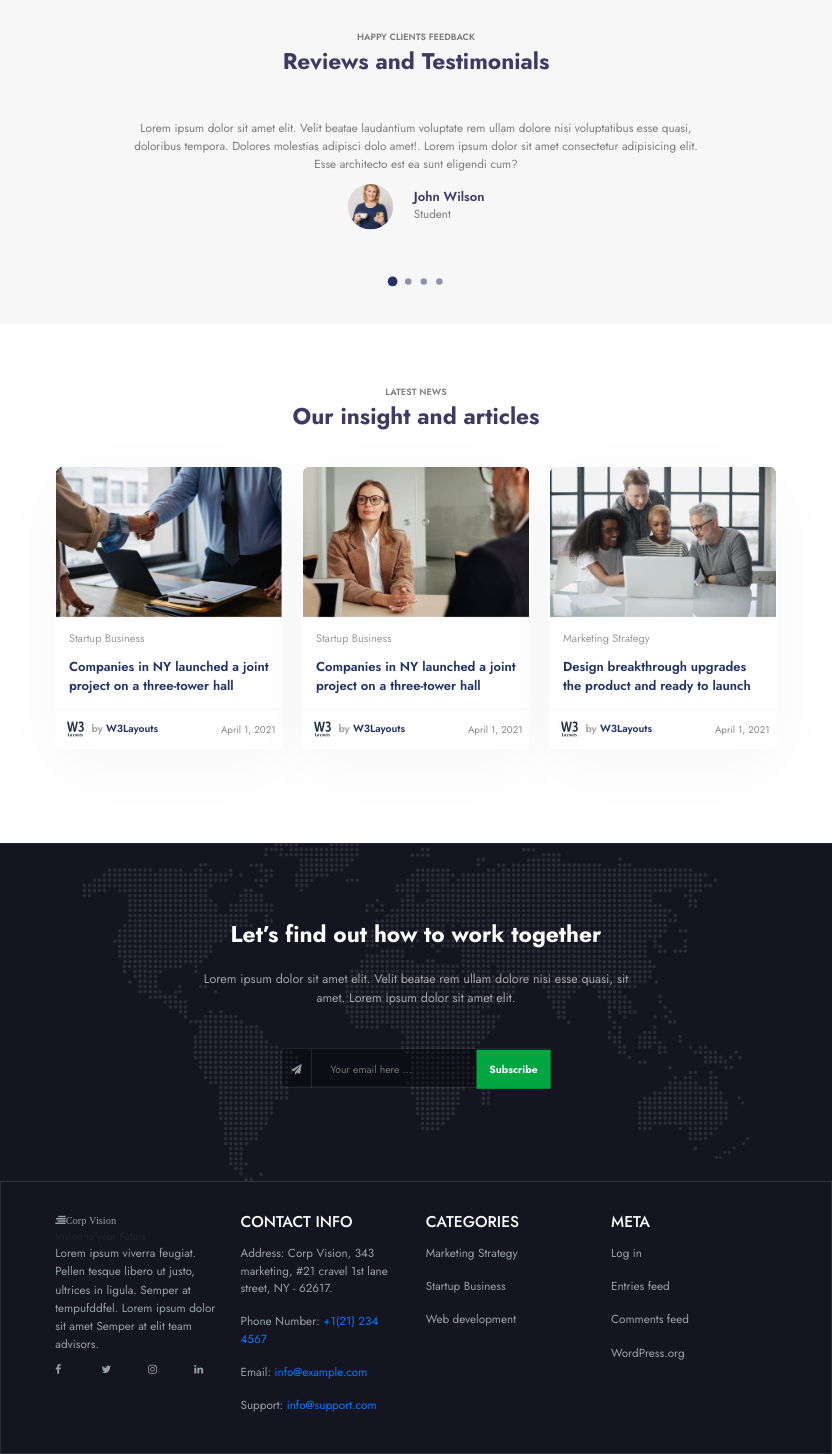
Repository: khaipnp/corpvision
Page: index.html
The author's editor kept a copy of each file at every save. The page is drawn from the files as they stood at one save, then again after the next save.
The browser window is 1280 px wide. The pictures show the whole page, at 65% of full size.

Above is the page before, as saved 2021-07-04 13:07:36.

### index.html
<!DOCTYPE html>
<html lang="en">
  <head>
    <meta charset="UTF-8" />
    <meta http-equiv="X-UA-Compatible" content="IE=edge" />
    <meta name="viewport" content="width=device-width, initial-scale=1.0" />
    <title>Corpvision</title>
    <meta name="description" content="Corpvision Website" />
    <!-- FONT-GOOGLE -->
    <link rel="preconnect" href="https://fonts.gstatic.com" />
    <link
      href="https://fonts.googleapis.com/css2?family=Jost:ital,wght@0,100;0,200;0,300;0,400;0,500;0,600;0,700;0,800;0,900;1,400&display=swap"
      rel="stylesheet"
    />
    <!-- FONT-AWSOME -->
    <link
      rel="stylesheet"
      href="https://cdnjs.cloudflare.com/ajax/libs/font-awesome/5.15.3/css/all.min.css"
      integrity="sha512-iBBXm8fW90+nuLcSKlbmrPcLa0OT92xO1BIsZ+ywDWZCvqsWgccV3gFoRBv0z+8dLJgyAHIhR35VZc2oM/gI1w=="
      crossorigin="anonymous"
      referrerpolicy="no-referrer"
    />
    <link rel="stylesheet" href="./css/font-awesome.min.css" />
    <!-- OWL CAROUSEL -->
    <link
      rel="stylesheet"
      href="https://cdnjs.cloudflare.com/ajax/libs/OwlCarousel2/2.3.4/assets/owl.carousel.min.css"
      integrity="sha512-tS3S5qG0BlhnQROyJXvNjeEM4UpMXHrQfTGmbQ1gKmelCxlSEBUaxhRBj/EFTzpbP4RVSrpEikbmdJobCvhE3g=="
      crossorigin="anonymous"
      referrerpolicy="no-referrer"
    />
    <link
      rel="stylesheet"
      href="https://cdnjs.cloudflare.com/ajax/libs/OwlCarousel2/2.3.4/assets/owl.theme.default.css"
      integrity="sha512-OTcub78R3msOCtY3Tc6FzeDJ8N9qvQn1Ph49ou13xgA9VsH9+LRxoFU6EqLhW4+PKRfU+/HReXmSZXHEkpYoOA=="
      crossorigin="anonymous"
      referrerpolicy="no-referrer"
    />
    <!-- BOOTSTRAP -->
    <link
      rel="stylesheet"
      href="https://cdn.jsdelivr.net/npm/bootstrap@4.6.0/dist/css/bootstrap.min.css"
      integrity="sha384-B0vP5xmATw1+K9KRQjQERJvTumQW0nPEzvF6L/Z6nronJ3oUOFUFpCjEUQouq2+l"
      crossorigin="anonymous"
    />
    <!-- MAIN CSS -->
    <link rel="stylesheet" href="./css/main.css" />
  </head>
  <body>
    <header></header>
    <section class="feedback">
      <div class="feedback__content py-5">
        <div class="container">
          <h5 class="small-title col-12 text-center">Happy clients Feedback</h5>
          <h3 class="big-title col-12 text-center">Reviews and Testimonials</h3>
          <div class="testimonials owl-carousel owl-theme">
            <div class="testimonials__item">
              <p class="text-center col-12">
                Lorem ipsum dolor sit amet elit. Velit beatae laudantium
                voluptate rem ullam dolore nisi voluptatibus esse quasi,
                doloribus tempora. Dolores molestias adipisci dolo amet!. Lorem
                ipsum dolor sit amet consectetur adipisicing elit. Esse
                architecto est ea sunt eligendi cum?
              </p>
              <div
                class="
                  testimonials__desc
                  row
                  align-items-center
                  justify-content-center
                "
              >
                <div class="avatar mr-3">
                  <img src="./img/team1.jpg" alt="team 1" />
                </div>
                <div class="name ml-3">
                  <h3>John Wilson</h3>
                  <p>Student</p>
                </div>
              </div>
            </div>
            <div class="testimonials__item">
              <p class="text-center col-12">
                Lorem ipsum dolor sit amet elit. Velit beatae laudantium
                voluptate rem ullam dolore nisi voluptatibus esse quasi,
                doloribus tempora. Dolores molestias adipisci dolo amet!. Lorem
                ipsum dolor sit amet consectetur adipisicing elit. Esse
                architecto est ea sunt eligendi cum?
              </p>
              <div
                class="
                  testimonials__desc
                  row
                  align-items-center
                  justify-content-center
                "
              >
                <div class="avatar mr-3">
                  <img src="./img/team2.jpg" alt="team 2" />
                </div>
                <div class="name ml-3">
                  <h3>Julia Sakura</h3>
                  <p>Student</p>
                </div>
              </div>
            </div>
            <div class="testimonials__item">
              <p class="text-center col-12">
                Lorem ipsum dolor sit amet elit. Velit beatae laudantium
                voluptate rem ullam dolore nisi voluptatibus esse quasi,
                doloribus tempora. Dolores molestias adipisci dolo amet!. Lorem
                ipsum dolor sit amet consectetur adipisicing elit. Esse
                architecto est ea sunt eligendi cum?
              </p>
              <div
                class="
                  testimonials__desc
                  row
                  align-items-center
                  justify-content-center
                "
              >
                <div class="avatar mr-3">
                  <img src="./img/team3.jpg" alt="team 3" />
                </div>
                <div class="name ml-3">
                  <h3>Roy Linderson</h3>
                  <p>Student</p>
                </div>
              </div>
            </div>
            <div class="testimonials__item">
              <p class="text-center col-12">
                Lorem ipsum dolor sit amet elit. Velit beatae laudantium
                voluptate rem ullam dolore nisi voluptatibus esse quasi,
                doloribus tempora. Dolores molestias adipisci dolo amet!. Lorem
                ipsum dolor sit amet consectetur adipisicing elit. Esse
                architecto est ea sunt eligendi cum?
              </p>
              <div
                class="
                  testimonials__desc
                  row
                  align-items-center
                  justify-content-center
                "
              >
                <div class="avatar mr-3">
                  <img src="./img/team4.jpg" alt="team 4" />
                </div>
                <div class="name ml-3">
                  <h3>Smith Johnson</h3>
                  <p>Student</p>
                </div>
              </div>
            </div>
          </div>
        </div>
      </div>
    </section>
    <section class="news py-5">
      <div class="news__content py-5">
        <div class="container">
          <h5 class="small-title col-12 text-center">LATEST NEWS</h5>
          <h3 class="big-title col-12 text-center">Our insight and articles</h3>
          <div class="row py-5">
            <div class="news__item col-md-6 col-lg-4">
              <div class="news__card">
                <div class="card__thumbnail p-0 position-relative">
                  <img src="./img/blog1.jpg" alt="blog 1" />
                </div>
                <div class="card__content">
                  <p>Startup Business</p>
                  <a href="#">Companies in NY launched a joint project on a three-tower
                    hall</a>
                </div>
                <div class="card__footer">
                  <span><img src="./img/icon.jpeg" alt="" /> by <a href="#">W3Layouts</a></span>
                  <p>April 1, 2021</p>
                </div>
              </div>
            </div>
            <div class="news__item col-md-6 col-lg-4">
              <div class="news__card">
                <div class="card__thumbnail p-0 position-relative">
                  <img src="./img/blog2.jpg" alt="blog 1" />
                </div>
                <div class="card__content">
                  <p>Startup Business</p>
                  <a href="#">Companies in NY launched a joint project on a three-tower
                    hall</a>
                </div>
                <div class="card__footer">
                  <span><img src="./img/icon.jpeg" alt="" /> by <a href="#">W3Layouts</a></span>
                  <p>April 1, 2021</p>
                </div>
              </div>
            </div>
            <div class="news__item col-md-6 col-lg-4">
              <div class="news__card">
                <div class="card__thumbnail p-0 position-relative">
                  <img src="./img/blog3.jpg" alt="blog 1" />
                </div>
                <div class="card__content">
                  <p>Marketing Strategy</p>
                  <a href="#">Design breakthrough upgrades the product and ready to launch</a>
                </div>
                <div class="card__footer">
                  <span><img src="./img/icon.jpeg" alt="" /> by <a href="#">W3Layouts</a></span>
                  <p>April 1, 2021</p>
                </div>
              </div>
            </div>
          </div>
        </div>
      </div>
    </section>
    <div class="subscribe py-5">
      <div class="container">
        <div class="sub__box my-5 mx-auto align-items-center justify-content-center">
          <h3 class="big-title py-4 col-12 text-center">Let’s find out how to work together<h3>
          <p class="col-12 text-center">Lorem ipsum dolor sit amet elit. Velit beatae rem ullam dolore nisi esse quasi, sit amet. Lorem ipsum dolor sit amet elit.</p>
          <div class="input__email justify-content-center py-5">
            <form>
              <i class="fa fa-paper-plane"></i>
              <input type="email" placeholder="Your email here ...">
              <button>Subscribe</button>
            </form>
          </div>
        </div>
      </div>
    </div>
    <footer>
      <div class="footer__info container py-5">
        <div class="row">
          <div class="footer__content col-md-3 col-sm-12">
            <i class="fa fa-align-right">Corp Vision</i>
            <div class="slogan">Vision to your Future</div>
            <p>Lorem ipsum viverra feugiat. Pellen tesque libero ut justo, ultrices in ligula. Semper at tempufddfel. Lorem ipsum dolor sit amet Semper at elit team advisors.</p>
            <div class="social__network row justify-content-start">
              <i class="fa fa-facebook col-3"></i>
              <i class="fa fa-twitter col-3"></i>
              <i class="fa fa-instagram col-3"></i>
              <i class="fa fa-linkedin col-3"></i>
            </div>
          </div>
          <div class="footer__content col-md-3 col-sm-12">
            <h4>CONTACT INFO</h4>
            <ul class="list-group list-group-flush">
              <li class="list-group-item">Address: Corp Vision, 343 marketing, #21 cravel 1st lane street, NY - 62617.</li>
              <li class="list-group-item">Phone Number: <a href="tel:+1212344567">+1(21) 234 4567</a></li>
              <li class="list-group-item">Email: <a href="mailto:">info@example.com</a></li>
              <li class="list-group-item">Support: <a href="mailto:">info@support.com</a></li>
            </ul>
          </div>
          <div class="footer__content col-md-3 col-sm-6">
            <h4>CATEGORIES</h4>
            <ul class="list-group list-group-flush">
              <li class="list-group-item">Marketing Strategy</li>
              <li class="list-group-item">Startup Business</li>
              <li class="list-group-item">Web development</li>
            </ul>
          </div>
          <div class="footer__content col-md-3 col-sm-6">
            <h4>META</h4>
            <ul class="list-group list-group-flush">
              <li class="list-group-item">Log in</li>
              <li class="list-group-item">Entries feed</li>
              <li class="list-group-item">Comments feed</li>
              <li class="list-group-item">WordPress.org</li>
            </ul>
          </div>
        </div>
      </div>
    </footer>
    <!-- SCRIPT -->
    <!-- BOOTSTRAP -->
    <script
      src="https://cdnjs.cloudflare.com/ajax/libs/jquery/3.6.0/jquery.js"
      integrity="sha512-n/4gHW3atM3QqRcbCn6ewmpxcLAHGaDjpEBu4xZd47N0W2oQ+6q7oc3PXstrJYXcbNU1OHdQ1T7pAP+gi5Yu8g=="
      crossorigin="anonymous"
      referrerpolicy="no-referrer"
    ></script>
    <script
      src="https://cdn.jsdelivr.net/npm/bootstrap@4.6.0/dist/js/bootstrap.bundle.min.js"
      integrity="sha384-Piv4xVNRyMGpqkS2by6br4gNJ7DXjqk09RmUpJ8jgGtD7zP9yug3goQfGII0yAns"
      crossorigin="anonymous"
    ></script>
    <!-- OWL CAROUSEL -->
    <script src="./js/owl.carousel.min.js"></script>
    <script>
      $(document).ready(function () {
        $(".owl-carousel").owlCarousel({
          navigation: false,
          slideSpeed: 300,
          paginationSpeed: 400,
          singleItem: true,
          items: 1,
          // itemsDesktop : false,
          // itemsDesktopSmall : false,
          // itemsTablet: false,
          // itemsMobile : false
        });
      });
    </script>
  </body>
</html>

### css/main.css
* {
  padding: 0;
  margin: 0;
  box-sizing: border-box;
}

html,
body {
  font-family: "Jost", sans-serif;
  background: #fff;
}

.small-title {
  color: #7e7d7d;
  font-size: 14px;
  font-weight: 600;
  text-transform: uppercase;
}

.big-title {
  color: #3f3a64;
  font-size: 35px;
  font-weight: 700;
}

/* FEEDBACK */
.feedback {
  background-color: #f7f7f7;
}

.testimonials__item {
  margin: 60px auto;
  display: block;
  max-width: 900px;
  height: auto;
}

.testimonials__item p {
  color: #7e7d7d;
  font-size: 18px;
  line-height: 28px;
}

.testimonials__desc .avatar {
  width: 70px;
  height: 70px;
  overflow: hidden;
  border-radius: 50%;
}

.testimonials__desc .avatar img {
  width: 100%;
  height: 100%;
  object-fit: cover;
}

.name h3 {
  font-size: 20px;
  margin: 0;
  font-weight: 600;
  color: #3f3a64;
}
.name p {
  font-style: normal;
  margin-bottom: 0;
}

.owl-theme .owl-dots .owl-dot.active span,
.owl-theme .owl-dots .owl-dot span {
  background: rgba(33, 51, 100, 0.5);
  transform: scale(1);
  transition: all 0.5s;
}

.owl-theme .owl-dots .owl-dot.active span,
.owl-theme .owl-dots .owl-dot:hover span {
  background: #213364 !important;
  transform: scale(1.5);
}

/* NEWS */
.news__card {
  background-color: #fff;
  box-shadow: 0 25px 98px 0 rgb(0 0 0 / 4%);
  border: 1px solid transparent;
  border-radius: 10px;
}

.card__thumbnail {
  overflow: hidden;
  border-radius: 10px 10px 0 0;
}

.card__thumbnail img {
  width: 100%;
  border-radius: 10px 10px 0 0;
  object-fit: cover;
  cursor: pointer;
  transition: all 0.5s;
}

.card__thumbnail img:hover {
  transform: scale(1.15);
}

.card__content {
  padding: 20px;
}

.card__content p {
  color: #999;
  font-size: 17px;
  font-weight: 400;
}

.card__content a {
  text-decoration: none;
  color: #213364;
  font-size: 20px;
  font-weight: 600;
  transition: all 0.5s;
  cursor: pointer;
}

.card__content a:hover {
  color: #00a63f;
}

.card__footer {
  display: flex;
  justify-content: space-between;
  align-items: center;
  border-top: 1px solid rgba(126, 125, 125, 0.1);
  padding: 10px;
}

.card__footer a {
  color: #213364;
  font-size: 1rem;
  font-weight: 600;
  cursor: pointer;
  transition: all 0.5s;
  text-decoration: none;
}

.card__footer a:hover {
  color: #00a63f;
}

.card__footer img {
  cursor: pointer;
}

.card__footer span {
  color: rgb(102, 102, 102, 0.6);
  font-weight: 600;
}

.card__footer p {
  margin-bottom: 0;
  font-size: 15px;
  color: rgb(102, 102, 102, 0.8);
}

/* SUBCRIBE */
.subscribe {
  background-image: url(../img/map.png);
  background-color: #151421;
  background-size: contain;
  background-repeat: no-repeat;
  background-position: center;
}

.sub__box {
  max-width: 700px;
}

.sub__box .big-title {
  color: #fff;
}

.sub__box p {
  font-size: 1.2rem;
  color: rgba(255, 255, 255, 0.6);
  line-height: 1.5;
  font-weight: 400;
}

.input__email {
  display: flex;
}

.input__email form {
  border: 1px solid rgb(255, 255, 255, 0.15);
  border-radius: 5px;
  height: 60px;
  background: rgb(0, 0, 0, 0.35);
  max-width: 550px;
}

.input__email input {
  color: #999;
  padding: 20px 20px;
  border: none;
  font-size: 1rem;
  outline: none;
  background: none;
}

.input__email button {
  background-color: #00a63f;
  color: #fff;
  height: 60px;
  padding: 0 20px;
  border: none;
  font-size: 1rem;
  font-weight: 700;
  line-height: 60px;
  text-align: center;
}

.input__email i {
  text-align: center;
  color: #999;
  font-size: 1rem;
  border-right: 1px solid rgb(255, 255, 255, 0.15);
  line-height: 60px;
  padding: 0 15px;
}

/* FOOTER */

footer {
  background-color: #151421;
  border: 1px solid rgb(255, 255, 255, 0.15);
}

.footer__content p {
  color: #97a1a9;
  font-size: 18px;
  line-height: 28px;
}

.footer__content i {
  color: #97a1a9;
}

.footer__content h4 {
  color: #fefefe;
}

.footer__content .list-group-item {
  background-color: transparent !important;
  color: #97a1a9;
  border: none !important;
  font-size: 18px;
  padding-left: 0 !important;
}

Loaded but not shown: css/font-awesome.min.css (library); js/owl.carousel.min.js (library)

After the next save:
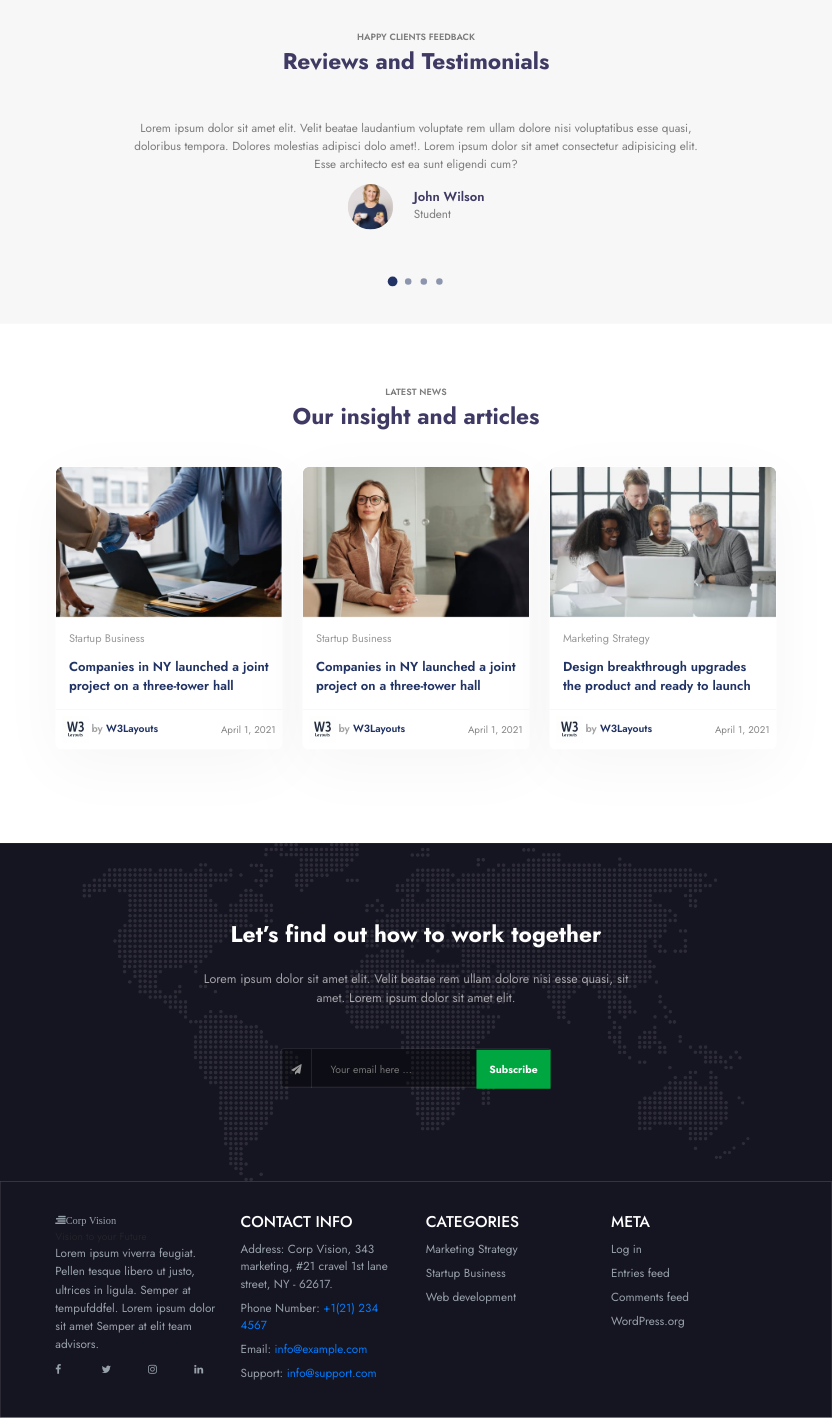
Saved 38 s later.
--- a/css/main.css
+++ b/css/main.css
@@ -254,5 +254,5 @@ footer {
   color: #97a1a9;
   border: none !important;
   font-size: 18px;
-  padding-left: 0 !important;
-}
+  padding: 5px 0 5px 0 !important;
+}
